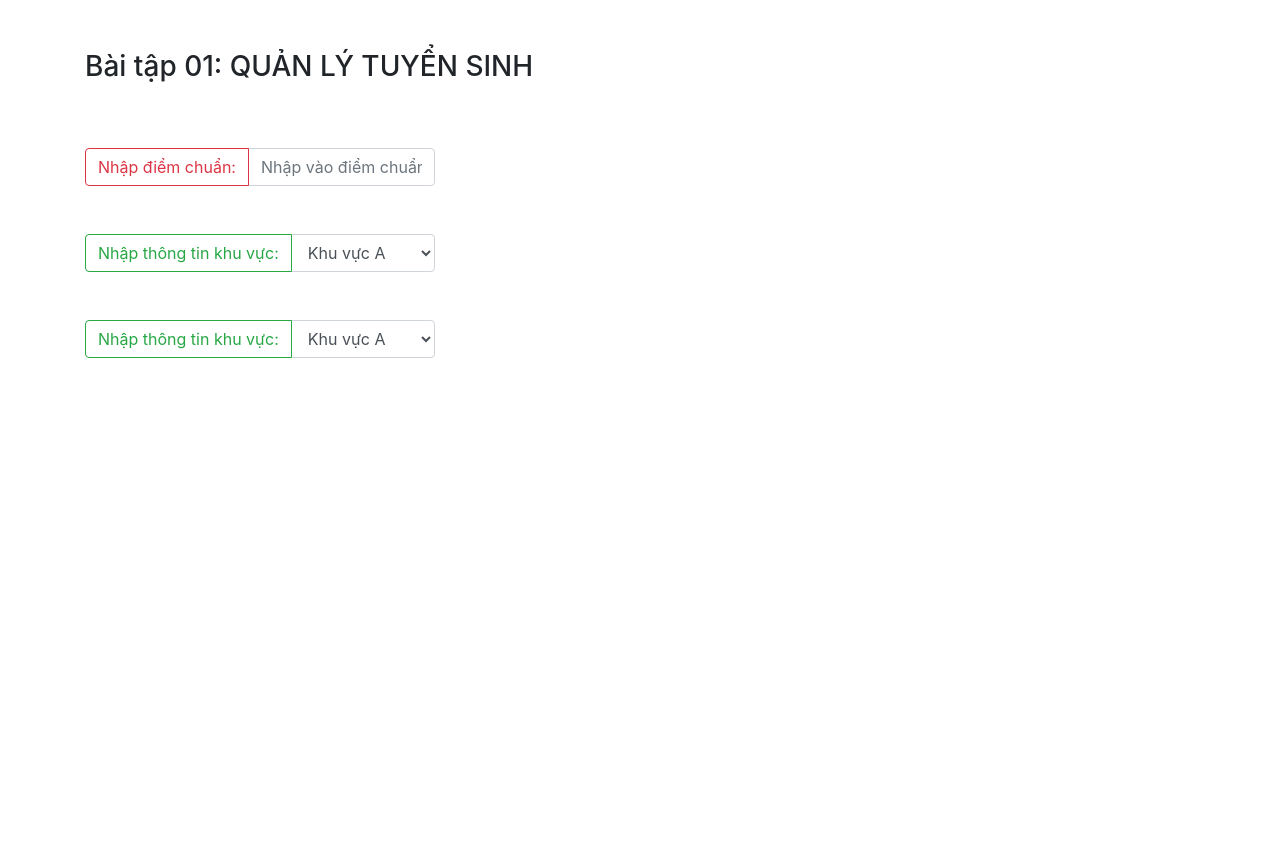
Repository: ducdatit2002/javascript-tinh-day15
Page: index.html
These files come from the project's save history. The page is drawn as it stood at one moment and after the next save; the edit follows.
The browser window is 1280 px wide. The pictures show the whole page.

Above is the page before, as saved 2023-08-20 12:37:22.

After the next save:
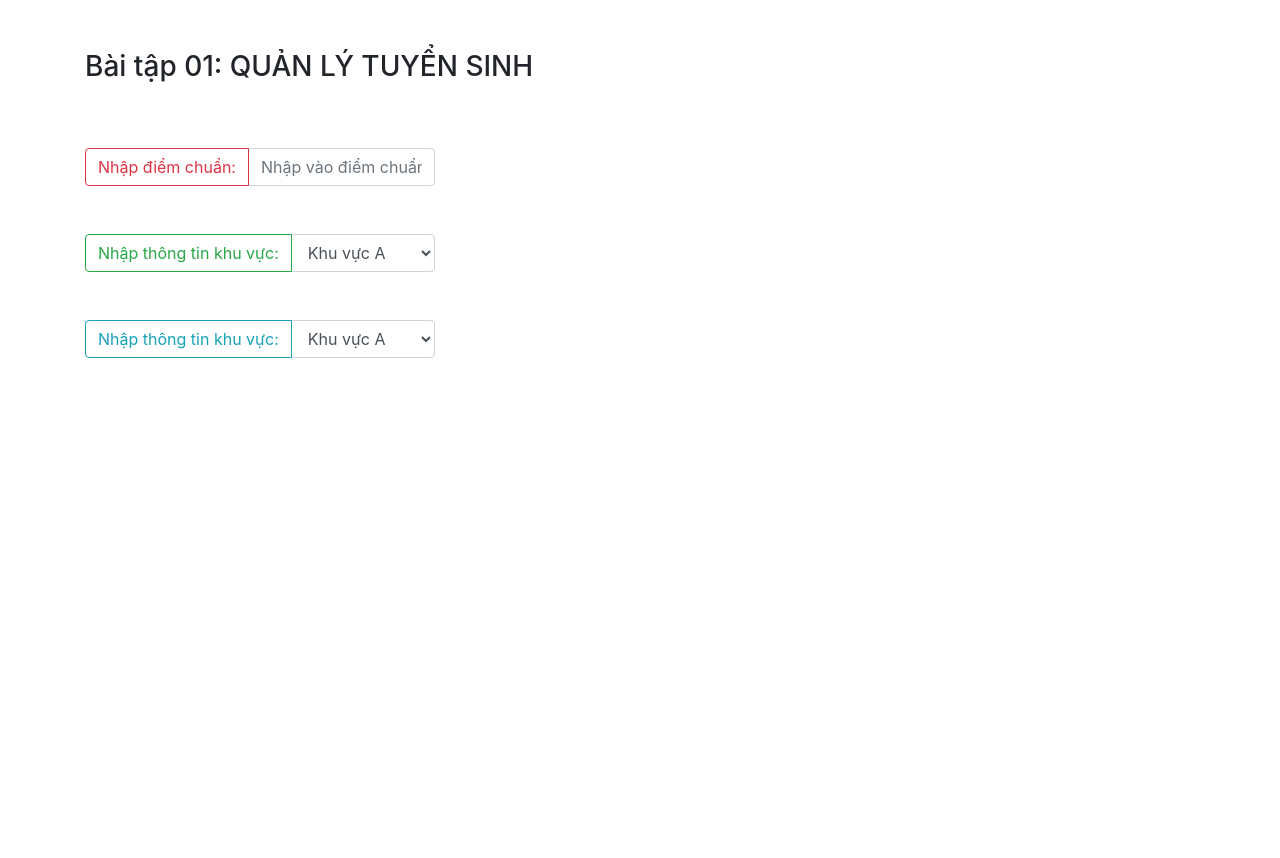
Saved 17 s later.
--- a/index.html
+++ b/index.html
@@ -46,7 +46,7 @@
             </div>
             <div class="input-group mt-5">
               <div class="input-group-prepend">
-                <button class="btn btn-outline-success">Nhập thông tin khu vực:</button>
+                <button class="btn btn-outline-info">Nhập thông tin khu vực:</button>
               </div>
               <select id="khuVuc" class="form-control">
                 <option value="2">Khu vực A</option>
